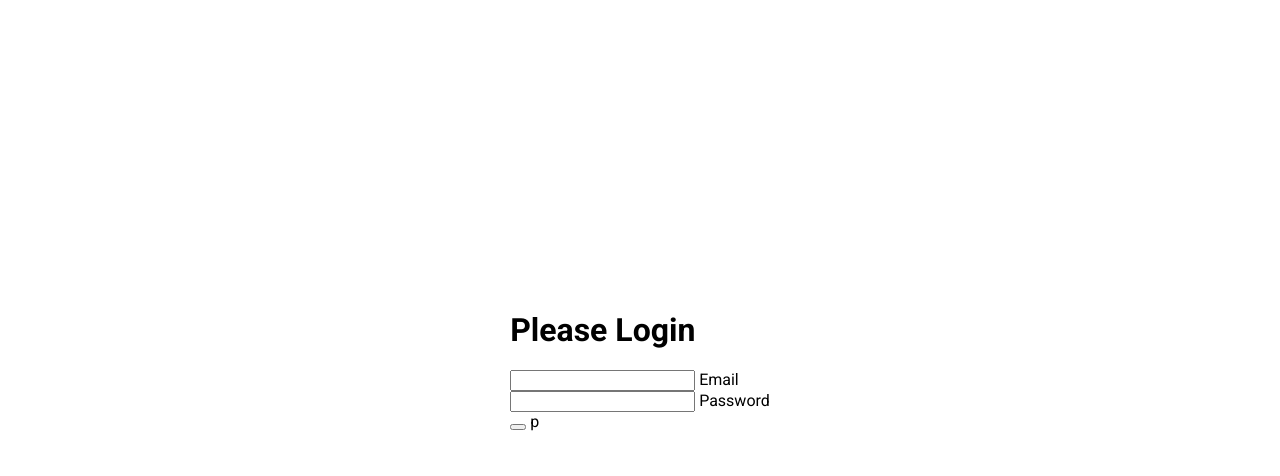
Repository: thecoachanna/form-animation
Page: index.html
An editor plug-in stored every save of this project. The page is shown before and after a run of saves, followed by the edit.
The browser window is 1280 px wide. The pictures show the whole page.
Some web fonts or font styles are not loaded; a fallback is used.

Above is the page before, as saved 2023-02-26 09:49:31.

### index.html
<!DOCTYPE html>
<html lang="en">
<head>
    <meta charset="UTF-8">
    <meta http-equiv="X-UA-Compatible" content="IE=edge">
    <meta name="viewport" content="width=device-width, initial-scale=1.0">
    <link rel="stylesheet" href="style.css">
    <title>Wave Animation</title>
</head>
<body>
    <div class="container">
        <h1>Please Login</h1>
        <form>
            <div class="form-control">
                <input type="text" required>
                <label>Email</label>
            </div>
            <div class="form-control">
                <input type="password" required>
                <label>Password</label>
            </div>
            <button class="btn"></button>
            p
        </form>
    </div>
    <script src="script.js"></script>
</body>
</html>

### style.css
@import url('https://fonts.googleapis.com/css2?family=Inter:wght@400;600;700&family=Lato:wght@100&family=Oswald:wght@700&family=Outfit&family=Poiret+One&family=Roboto:wght@400;700&display=swap');


* {
    box-sizing: border-box;
}

body {
    font-family: 'Roboto', sans-serif;
    display: flex;
    flex-direction: column;
    align-items: center;
    justify-content: center;
    height: 100vh;
    overflow: hidden;
    margin: 0;
}

Loaded but not shown: script.js (no copy from this time; the picture is the same without it)

After the next 2 saves:
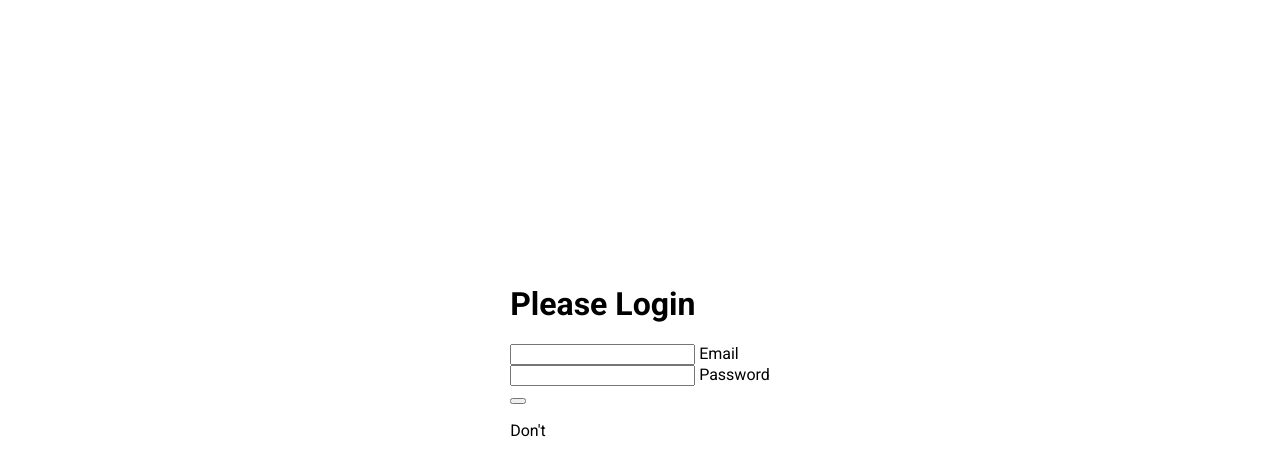
The 2 saves are shown as one change because they came seconds apart.
The last was saved 7 s later.
--- a/index.html
+++ b/index.html
@@ -20,7 +20,7 @@
                 <label>Password</label>
             </div>
             <button class="btn"></button>
-            p
+            <p class="text">Don't</p>
         </form>
     </div>
     <script src="script.js"></script>
